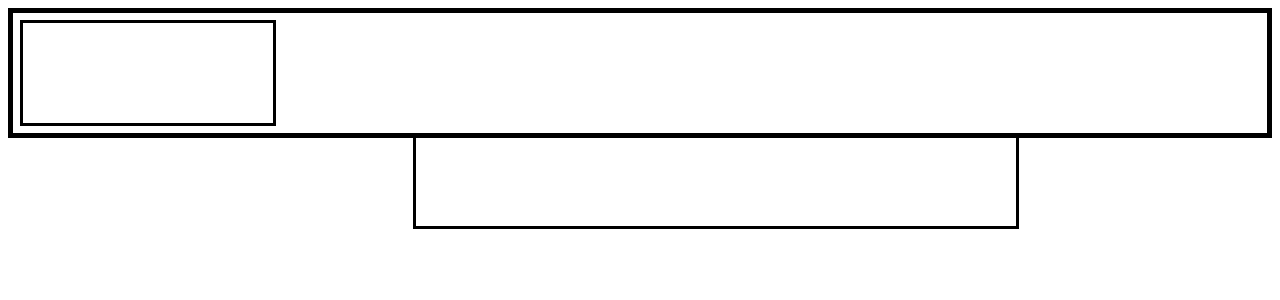
Repository: cartervandekamp/htmlstructure.mdia2003
Page: htmlstructure-psd/index.html
These files come from the project's save history. The page is drawn as it stood at one moment and after the next save; the edit follows.
The browser window is 1280 px wide. The pictures show the whole page.

Above is the page before, as saved 2023-01-16 18:04:01.

After the next save:
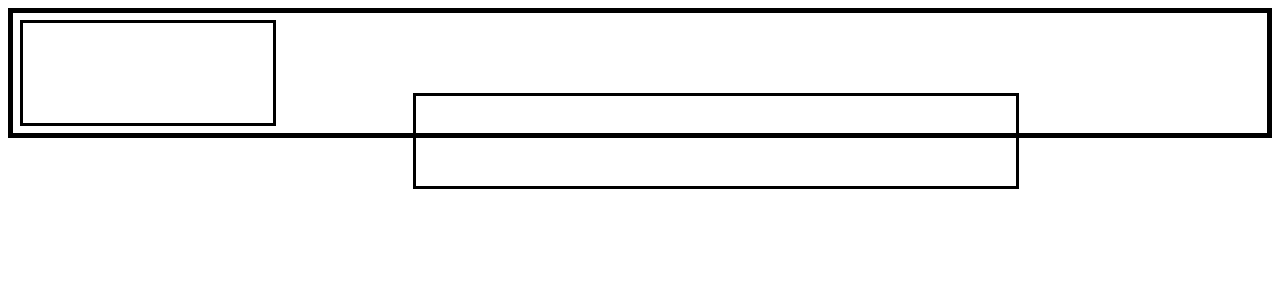
Saved 8 s later.
--- a/htmlstructure-psd/style.css
+++ b/htmlstructure-psd/style.css
@@ -25,5 +25,5 @@ body {
     border-color: black;
     align-items: center;
     margin-left: 400px;
-    padding-bottom: -40px;
+    margin-top: -40px;
 }
